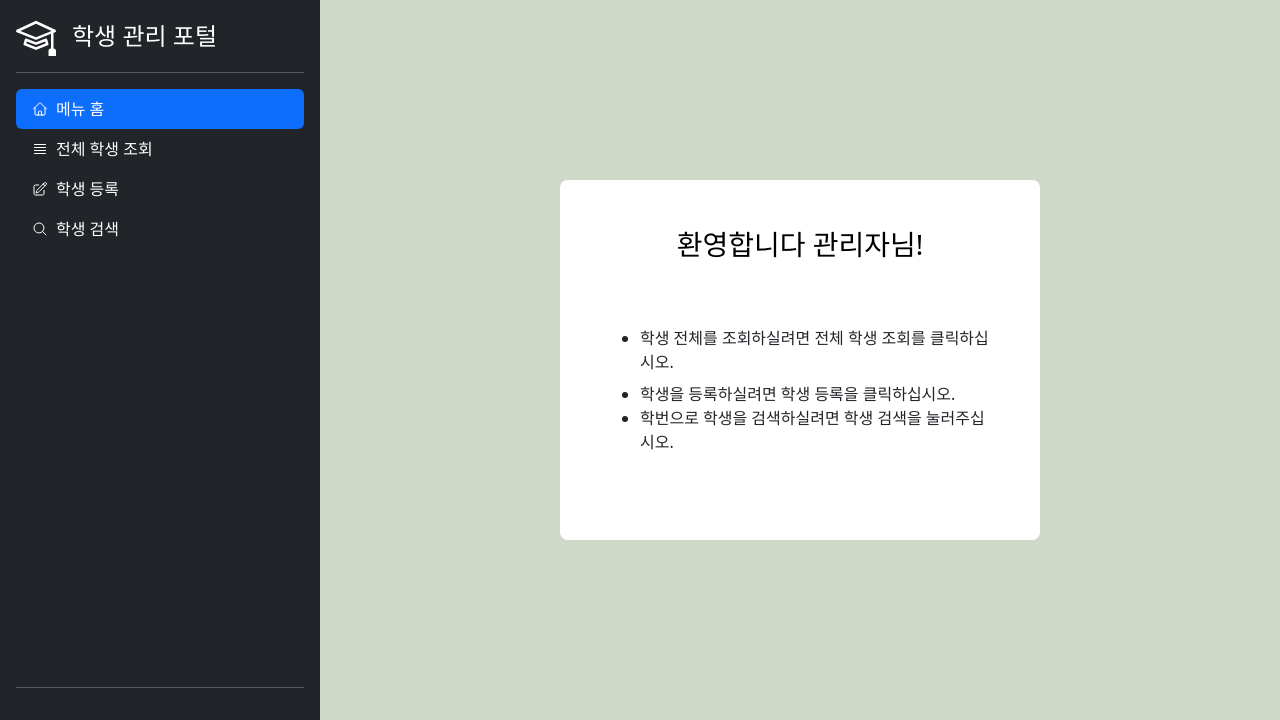
Repository: invisibleufo101/StudentManagementWeb
Page: HSW_Web/src/main/webapp/index.html
An editor plug-in stored every save of this project. The page is shown before and after the next save, followed by the edit.
The browser window is 1280 px wide. The pictures show the whole page.

Above is the page before, as saved 2024-09-19 11:40:53.

### HSW_Web/src/main/webapp/index.html
<!DOCTYPE html>
<html>
<head>
	<meta charset="UTF-8">
	<meta name="viewport" content="width=device-width, initial-scale=1">
	<link rel="stylesheet" href="css/bootstrap.min.css" />
	<script defer src="js/bootstrap.bundle.min.js"></script>
	<link rel="icon" href="images/portal_icon.svg"/>
	<title>학생 관리 포털</title>
</head>
<body>
	<main class="d-flex flex-nowrap vh-100">
		<!-- Start of Navbar -->
		<nav class="d-flex flex-lg-column flex-md-column flex-row flex-shrink-0 p-3 text-bg-dark" style="width: 25vw;">
			<a href="/" class="d-flex justify-content-around align-items-center mb-3 mb-md-0 me-md-auto text-white text-decoration-none">
				<svg xmlns="http://www.w3.org/2000/svg" width="40" height="40" fill="currentColor" class="bi bi-mortarboard" viewBox="0 0 16 16">
				 	<path d="M8.211 2.047a.5.5 0 0 0-.422 0l-7.5 3.5a.5.5 0 0 0 .025.917l7.5 3a.5.5 0 0 0 .372 0L14 7.14V13a1 1 0 0 0-1 1v2h3v-2a1 1 0 0 0-1-1V6.739l.686-.275a.5.5 0 0 0 .025-.917zM8 8.46 1.758 5.965 8 3.052l6.242 2.913z"/>
				 	<path d="M4.176 9.032a.5.5 0 0 0-.656.327l-.5 1.7a.5.5 0 0 0 .294.605l4.5 1.8a.5.5 0 0 0 .372 0l4.5-1.8a.5.5 0 0 0 .294-.605l-.5-1.7a.5.5 0 0 0-.656-.327L8 10.466zm-.068 1.873.22-.748 3.496 1.311a.5.5 0 0 0 .352 0l3.496-1.311.22.748L8 12.46z"/>
				</svg>
				<span class="ms-3" style="font-size: 1.5rem;">학생 관리 포털</span>
			</a>
			<hr/>
			<ul class="nav nav-pills flex-column mb-auto">
				<li class="nav-item">
					<a href="#" class="nav-link active">
						<div class="d-flex align-items-center">
							<svg class="bi me-2" xmlns="http://www.w3.org/2000/svg" fill="none" viewBox="0 0 24 24" stroke-width="1.5" stroke="currentColor" width="16" height="16">
								<path stroke-linecap="round" stroke-linejoin="round" d="m2.25 12 8.954-8.955c.44-.439 1.152-.439 1.591 0L21.75 12M4.5 9.75v10.125c0 .621.504 1.125 1.125 1.125H9.75v-4.875c0-.621.504-1.125 1.125-1.125h2.25c.621 0 1.125.504 1.125 1.125V21h4.125c.621 0 1.125-.504 1.125-1.125V9.75M8.25 21h8.25" />
							</svg>
							<p class="m-0">메뉴 홈</p>
						</div>
					</a>
				</li>
				<li>
					<a href="#" class="nav-link text-white">
						<div class="d-flex align-items-center">
							<svg class="bi me-2" xmlns="http://www.w3.org/2000/svg" fill="none" viewBox="0 0 24 24" stroke-width="1.5" stroke="currentColor" width="16" height="16">
								<path stroke-linecap="round" stroke-linejoin="round" d="M3.75 5.25h16.5m-16.5 4.5h16.5m-16.5 4.5h16.5m-16.5 4.5h16.5" />
							</svg>
							<p class="m-0">전체 학생 조회</p>
						</div>
					</a>
				</li>
				<li>
					<a href="#" class="nav-link text-white">
						<div class="d-flex align-items-center">
							<svg class="bi me-2" xmlns="http://www.w3.org/2000/svg" fill="none" viewBox="0 0 24 24" stroke-width="1.5" stroke="currentColor" width="16" height="16">
								<path stroke-linecap="round" stroke-linejoin="round" d="m16.862 4.487 1.687-1.688a1.875 1.875 0 1 1 2.652 2.652L10.582 16.07a4.5 4.5 0 0 1-1.897 1.13L6 18l.8-2.685a4.5 4.5 0 0 1 1.13-1.897l8.932-8.931Zm0 0L19.5 7.125M18 14v4.75A2.25 2.25 0 0 1 15.75 21H5.25A2.25 2.25 0 0 1 3 18.75V8.25A2.25 2.25 0 0 1 5.25 6H10" />
							</svg>
							<p class="m-0">학생 등록</p>
						</div>
					</a>
				</li>
				<li>
					<a href="#" class="nav-link text-white">
					<div class="d-flex align-items-center">
						<svg class="bi me-2" xmlns="http://www.w3.org/2000/svg" fill="none" viewBox="0 0 24 24" stroke-width="1.5" stroke="currentColor" width="16" height="16">
							<path stroke-linecap="round" stroke-linejoin="round" d="m21 21-5.197-5.197m0 0A7.5 7.5 0 1 0 5.196 5.196a7.5 7.5 0 0 0 10.607 10.607Z" />
						</svg>
						<p class="m-0">학생 검색</p>
					</div>
					</a>
				</li>
			</ul>
			<hr/>
		</nav>
		<!-- End of Navbar -->
		<section class="d-flex justify-content-center align-items-center" style="width: 75vw; height: auto; background-color: #ced9c7;">
			<div class="d-flex flex-column align-items-center h-50 w-50 bg-white rounded-3 p-5">
				<h3 class="text-black">환영합니다 관리자님!</h3>
				<ul class="text-decroation-none py-5 d-flex flex-column align-items-evenly justify-content-start">
					<li class="my-2">
						학생 전체를 조회하실려면 전체 학생 조회를 클릭하십시오.
					</li>

					<li>
						학생을 등록하실려면 학생 등록을 클릭하십시오.
					</li>

					<li>
						학번으로 학생을 검색하실려면 학생 검색을 눌러주십시오.
					</li>

				</ul>
			</div>
		</section>
	</main>
</body>
</html>

Loaded but not shown: HSW_Web/src/main/webapp/css/bootstrap.min.css (library); HSW_Web/src/main/webapp/js/bootstrap.bundle.min.js (no copy from this time; the picture is the same without it)

After the next save:
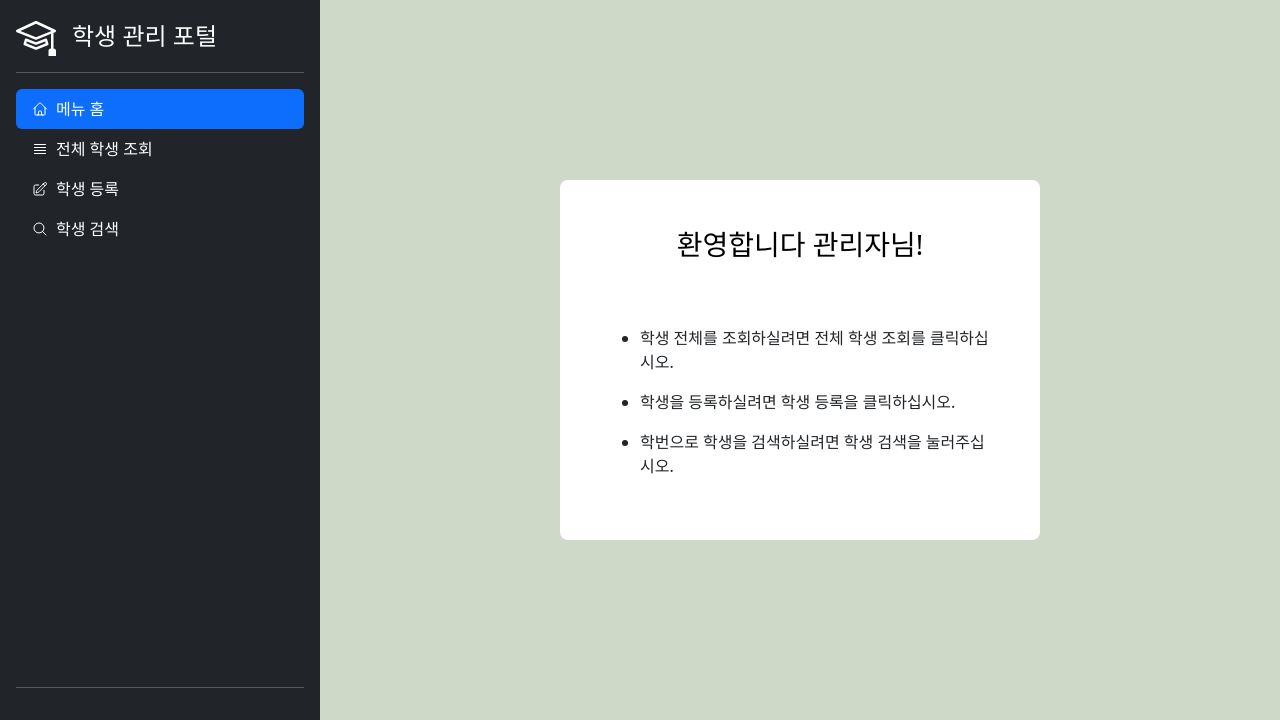
Saved 15 s later.
--- a/HSW_Web/src/main/webapp/index.html
+++ b/HSW_Web/src/main/webapp/index.html
@@ -73,11 +73,11 @@
 						학생 전체를 조회하실려면 전체 학생 조회를 클릭하십시오.
 					</li>
 
-					<li>
+					<li class="my-2">
 						학생을 등록하실려면 학생 등록을 클릭하십시오.
 					</li>
 
-					<li>
+					<li class="my-2">
 						학번으로 학생을 검색하실려면 학생 검색을 눌러주십시오.
 					</li>
 
